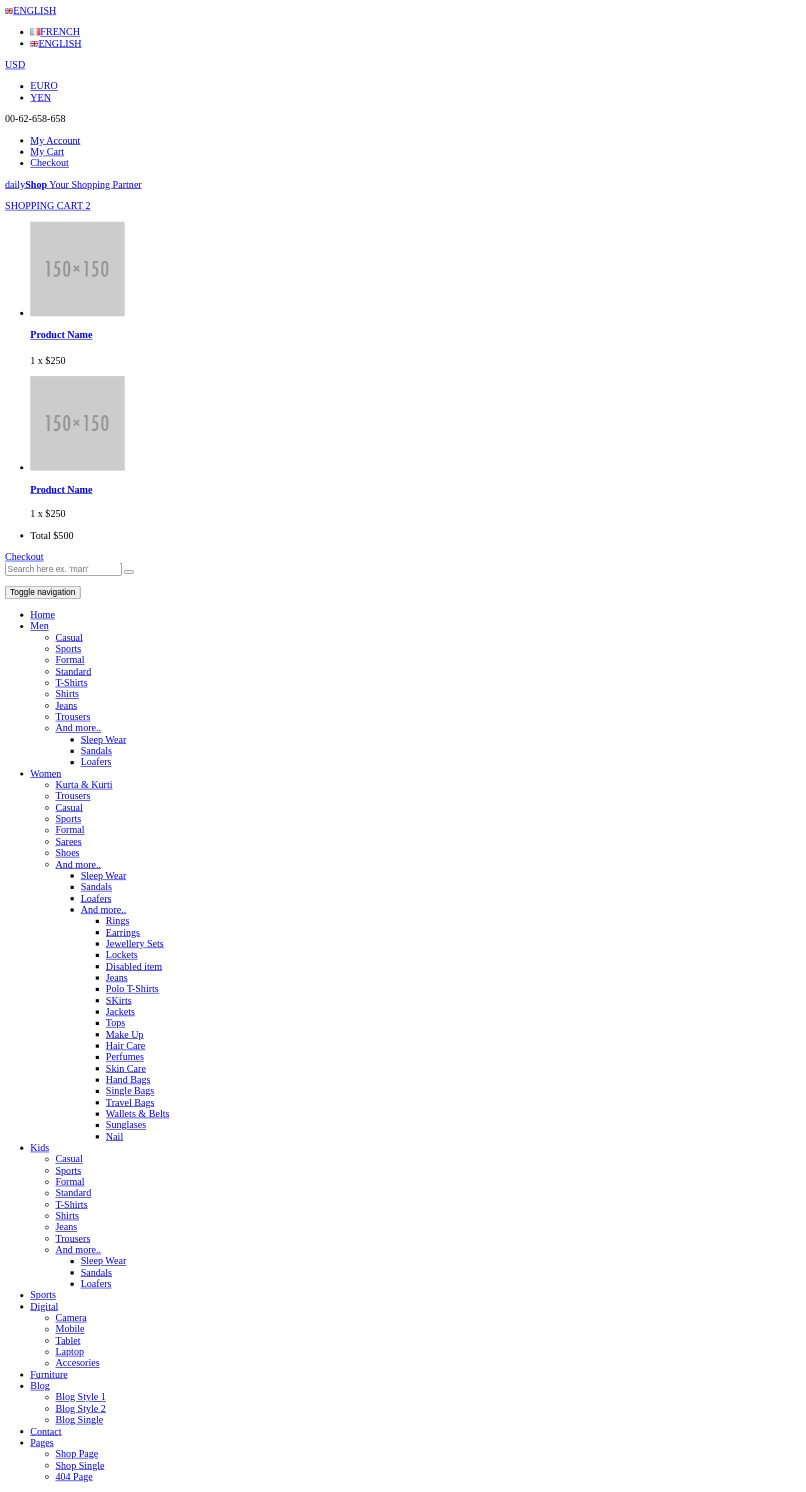
Repository: congle98/case-study-module4-frontend
Page: MarkUps-dailyShop/dailyShop/layout/header.html
These files come from the project's save history. The page is drawn as it stood at one moment and after a run of saves; the edit follows.
The browser window is 1280 px wide. The pictures show the whole page, at 63% of full size.

Above is the page before, as saved 2021-07-07 08:36:54.

### MarkUps-dailyShop/dailyShop/layout/header.html
<header id="aa-header">
    <!-- start header top  -->
    <div class="aa-header-top">
      <div class="container">
        <div class="row">
          <div class="col-md-12">
            <div class="aa-header-top-area">
              <!-- start header top left -->
              <div class="aa-header-top-left">
                <!-- start language -->
                <div class="aa-language">
                  <div class="dropdown">
                    <a class="btn dropdown-toggle" href="#" type="button" id="dropdownMenu1" data-toggle="dropdown" aria-haspopup="true" aria-expanded="true">
                      <img src="img/flag/english.jpg" alt="english flag">ENGLISH
                      <span class="caret"></span>
                    </a>
                    <ul class="dropdown-menu" aria-labelledby="dropdownMenu1">
                      <li><a href="#"><img src="img/flag/french.jpg" alt="">FRENCH</a></li>
                      <li><a href="#"><img src="img/flag/english.jpg" alt="">ENGLISH</a></li>
                    </ul>
                  </div>
                </div>
                <!-- / language -->

                <!-- start currency -->
                <div class="aa-currency">
                  <div class="dropdown">
                    <a class="btn dropdown-toggle" href="#" type="button" id="dropdownMenu1" data-toggle="dropdown" aria-haspopup="true" aria-expanded="true">
                      <i class="fa fa-usd"></i>USD
                      <span class="caret"></span>
                    </a>
                    <ul class="dropdown-menu" aria-labelledby="dropdownMenu1">
                      <li><a href="#"><i class="fa fa-euro"></i>EURO</a></li>
                      <li><a href="#"><i class="fa fa-jpy"></i>YEN</a></li>
                    </ul>
                  </div>
                </div>
                <!-- / currency -->
                <!-- start cellphone -->
                <div class="cellphone hidden-xs">
                  <p><span class="fa fa-phone"></span>00-62-658-658</p>
                </div>
                <!-- / cellphone -->
              </div>
              <!-- / header top left -->
              <div class="aa-header-top-right">
                <ul class="aa-head-top-nav-right">
                  <li><a href="account.html">My Account</a></li>
                  <li class="hidden-xs"><a href="cart.html">My Cart</a></li>
                  <li class="hidden-xs"><a href="checkout.html">Checkout</a></li>
                </ul>
              </div>
            </div>
          </div>
        </div>
      </div>
    </div>
    <!-- / header top  -->

    <!-- start header bottom  -->
    <div class="aa-header-bottom">
      <div class="container">
        <div class="row">
          <div class="col-md-12">
            <div class="aa-header-bottom-area">
              <!-- logo  -->
              <div class="aa-logo">
                <!-- Text based logo -->
                <a href="index.html">
                  <span class="fa fa-shopping-cart"></span>
                  <p>daily<strong>Shop</strong> <span>Your Shopping Partner</span></p>
                </a>
                <!-- img based logo -->
                <!-- <a href="index.html"><img src="img/logo.jpg" alt="logo img"></a> -->
              </div>
              <!-- / logo  -->
               <!-- cart box -->
              <div class="aa-cartbox">
                <a class="aa-cart-link" href="#">
                  <span class="fa fa-shopping-basket"></span>
                  <span class="aa-cart-title">SHOPPING CART</span>
                  <span class="aa-cart-notify">2</span>
                </a>
                <div class="aa-cartbox-summary">
                  <ul>
                    <li>
                      <a class="aa-cartbox-img" href="#"><img src="img/woman-small-2.jpg" alt="img"></a>
                      <div class="aa-cartbox-info">
                        <h4><a href="#">Product Name</a></h4>
                        <p>1 x $250</p>
                      </div>
                      <a class="aa-remove-product" href="#"><span class="fa fa-times"></span></a>
                    </li>
                    <li>
                      <a class="aa-cartbox-img" href="#"><img src="img/woman-small-1.jpg" alt="img"></a>
                      <div class="aa-cartbox-info">
                        <h4><a href="#">Product Name</a></h4>
                        <p>1 x $250</p>
                      </div>
                      <a class="aa-remove-product" href="#"><span class="fa fa-times"></span></a>
                    </li>
                    <li>
                      <span class="aa-cartbox-total-title">
                        Total
                      </span>
                      <span class="aa-cartbox-total-price">
                        $500
                      </span>
                    </li>
                  </ul>
                  <a class="aa-cartbox-checkout aa-primary-btn" href="checkout.html">Checkout</a>
                </div>
              </div>
              <!-- / cart box -->
              <!-- search box -->
              <div class="aa-search-box">
                <form action="">
                  <input type="text" name="" id="" placeholder="Search here ex. 'man' ">
                  <button type="submit"><span class="fa fa-search"></span></button>
                </form>
              </div>
              <!-- / search box -->
            </div>
          </div>
        </div>
      </div>
    </div>
    <!-- / header bottom  -->
  </header>
  <!-- / header section -->
  <!-- menu -->
  <section id="menu">
    <div class="container">
      <div class="menu-area">
        <!-- Navbar -->
        <div class="navbar navbar-default" role="navigation">
          <div class="navbar-header">
            <button type="button" class="navbar-toggle" data-toggle="collapse" data-target=".navbar-collapse">
              <span class="sr-only">Toggle navigation</span>
              <span class="icon-bar"></span>
              <span class="icon-bar"></span>
              <span class="icon-bar"></span>
            </button>
          </div>
          <div class="navbar-collapse collapse">
            <!-- Left nav -->
            <ul class="nav navbar-nav">
              <li><a href="index.html">Home</a></li>
              <li><a href="#">Men <span class="caret"></span></a>
                <ul class="dropdown-menu">
                  <li><a href="#">Casual</a></li>
                  <li><a href="#">Sports</a></li>
                  <li><a href="#">Formal</a></li>
                  <li><a href="#">Standard</a></li>
                  <li><a href="#">T-Shirts</a></li>
                  <li><a href="#">Shirts</a></li>
                  <li><a href="#">Jeans</a></li>
                  <li><a href="#">Trousers</a></li>
                  <li><a href="#">And more.. <span class="caret"></span></a>
                    <ul class="dropdown-menu">
                      <li><a href="#">Sleep Wear</a></li>
                      <li><a href="#">Sandals</a></li>
                      <li><a href="#">Loafers</a></li>
                    </ul>
                  </li>
                </ul>
              </li>
              <li><a href="#">Women <span class="caret"></span></a>
                <ul class="dropdown-menu">
                  <li><a href="#">Kurta & Kurti</a></li>
                  <li><a href="#">Trousers</a></li>
                  <li><a href="#">Casual</a></li>
                  <li><a href="#">Sports</a></li>
                  <li><a href="#">Formal</a></li>
                  <li><a href="#">Sarees</a></li>
                  <li><a href="#">Shoes</a></li>
                  <li><a href="#">And more.. <span class="caret"></span></a>
                    <ul class="dropdown-menu">
                      <li><a href="#">Sleep Wear</a></li>
                      <li><a href="#">Sandals</a></li>
                      <li><a href="#">Loafers</a></li>
                      <li><a href="#">And more.. <span class="caret"></span></a>
                        <ul class="dropdown-menu">
                          <li><a href="#">Rings</a></li>
                          <li><a href="#">Earrings</a></li>
                          <li><a href="#">Jewellery Sets</a></li>
                          <li><a href="#">Lockets</a></li>
                          <li class="disabled"><a class="disabled" href="#">Disabled item</a></li>
                          <li><a href="#">Jeans</a></li>
                          <li><a href="#">Polo T-Shirts</a></li>
                          <li><a href="#">SKirts</a></li>
                          <li><a href="#">Jackets</a></li>
                          <li><a href="#">Tops</a></li>
                          <li><a href="#">Make Up</a></li>
                          <li><a href="#">Hair Care</a></li>
                          <li><a href="#">Perfumes</a></li>
                          <li><a href="#">Skin Care</a></li>
                          <li><a href="#">Hand Bags</a></li>
                          <li><a href="#">Single Bags</a></li>
                          <li><a href="#">Travel Bags</a></li>
                          <li><a href="#">Wallets & Belts</a></li>
                          <li><a href="#">Sunglases</a></li>
                          <li><a href="#">Nail</a></li>
                        </ul>
                      </li>
                    </ul>
                  </li>
                </ul>
              </li>
              <li><a href="#">Kids <span class="caret"></span></a>
                <ul class="dropdown-menu">
                  <li><a href="#">Casual</a></li>
                  <li><a href="#">Sports</a></li>
                  <li><a href="#">Formal</a></li>
                  <li><a href="#">Standard</a></li>
                  <li><a href="#">T-Shirts</a></li>
                  <li><a href="#">Shirts</a></li>
                  <li><a href="#">Jeans</a></li>
                  <li><a href="#">Trousers</a></li>
                  <li><a href="#">And more.. <span class="caret"></span></a>
                    <ul class="dropdown-menu">
                      <li><a href="#">Sleep Wear</a></li>
                      <li><a href="#">Sandals</a></li>
                      <li><a href="#">Loafers</a></li>
                    </ul>
                  </li>
                </ul>
              </li>
              <li><a href="#">Sports</a></li>
             <li><a href="#">Digital <span class="caret"></span></a>
                <ul class="dropdown-menu">
                  <li><a href="#">Camera</a></li>
                  <li><a href="#">Mobile</a></li>
                  <li><a href="#">Tablet</a></li>
                  <li><a href="#">Laptop</a></li>
                  <li><a href="#">Accesories</a></li>
                </ul>
              </li>
              <li><a href="#">Furniture</a></li>
              <li><a href="blog-archive.html">Blog <span class="caret"></span></a>
                <ul class="dropdown-menu">
                  <li><a href="blog-archive.html">Blog Style 1</a></li>
                  <li><a href="blog-archive-2.html">Blog Style 2</a></li>
                  <li><a href="blog-single.html">Blog Single</a></li>
                </ul>
              </li>
              <li><a href="contact.html">Contact</a></li>
              <li><a href="#">Pages <span class="caret"></span></a>
                <ul class="dropdown-menu">
                  <li><a href="product.html">Shop Page</a></li>
                  <li><a href="product-detail.html">Shop Single</a></li>
                  <li><a href="404.html">404 Page</a></li>
                </ul>
              </li>
            </ul>
          </div><!--/.nav-collapse -->
        </div>
      </div>
    </div>
  </section>

After the next 2 saves:
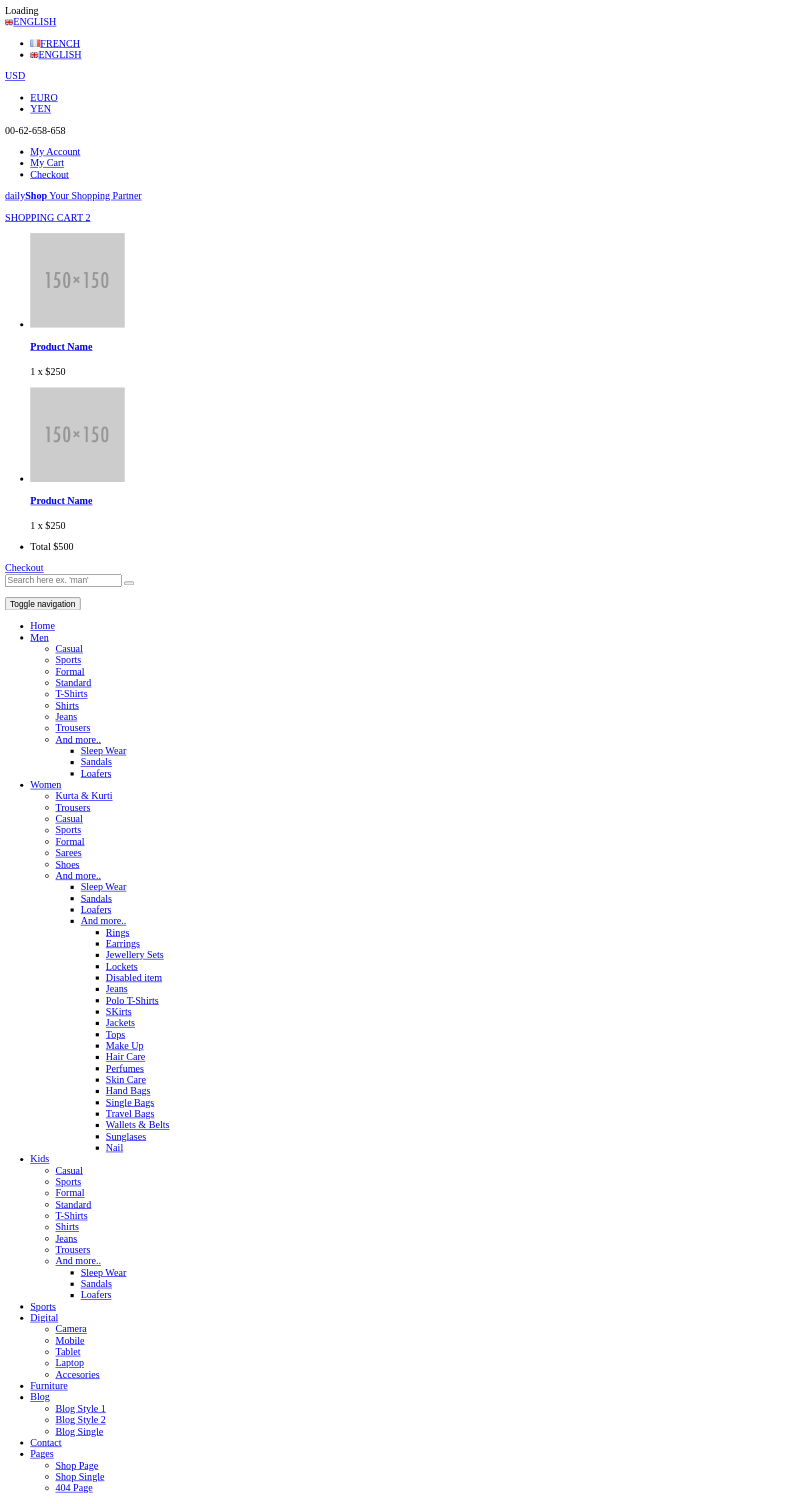
The 2 saves are shown as one change because they came seconds apart.
The last was saved 29 s later.
--- a/MarkUps-dailyShop/dailyShop/layout/header.html
+++ b/MarkUps-dailyShop/dailyShop/layout/header.html
@@ -1,3 +1,13 @@
+   <!-- wpf loader Two -->
+   <div id="wpf-loader-two">
+    <div class="wpf-loader-two-inner">
+      <span>Loading</span>
+    </div>
+  </div>
+  <!-- / wpf loader Two -->
+<!-- SCROLL TOP BUTTON -->
+  <a class="scrollToTop" href="#"><i class="fa fa-chevron-up"></i></a>
+<!-- END SCROLL TOP BUTTON -->
 <header id="aa-header">
     <!-- start header top  -->
     <div class="aa-header-top">
